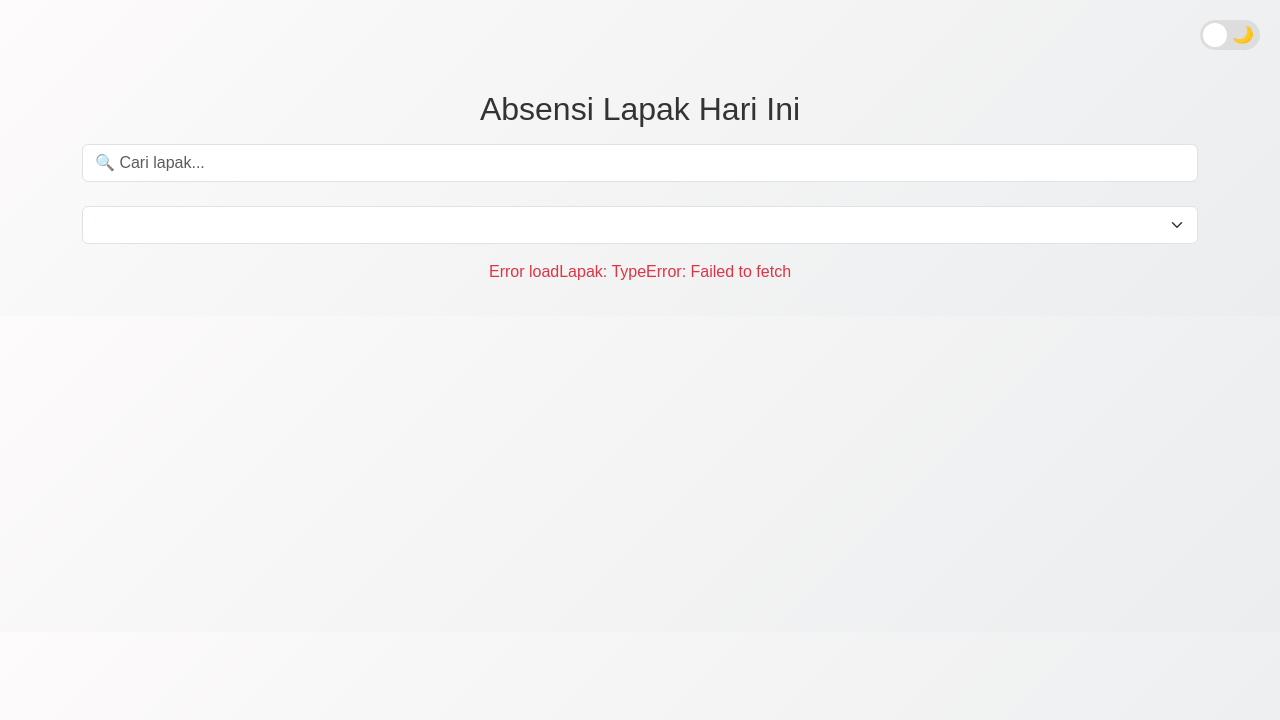
Repository: pasarrakyatbak/absensi
Page: index.html
An editor plug-in stored every save of this project. The page is shown before and after a run of saves, followed by the edit.
The browser window is 1280 px wide. The pictures show the whole page.
The page's requests for data from a server got no answer.

Above is the page before, as saved 2025-09-22 18:39:43.

After the next 3 saves:
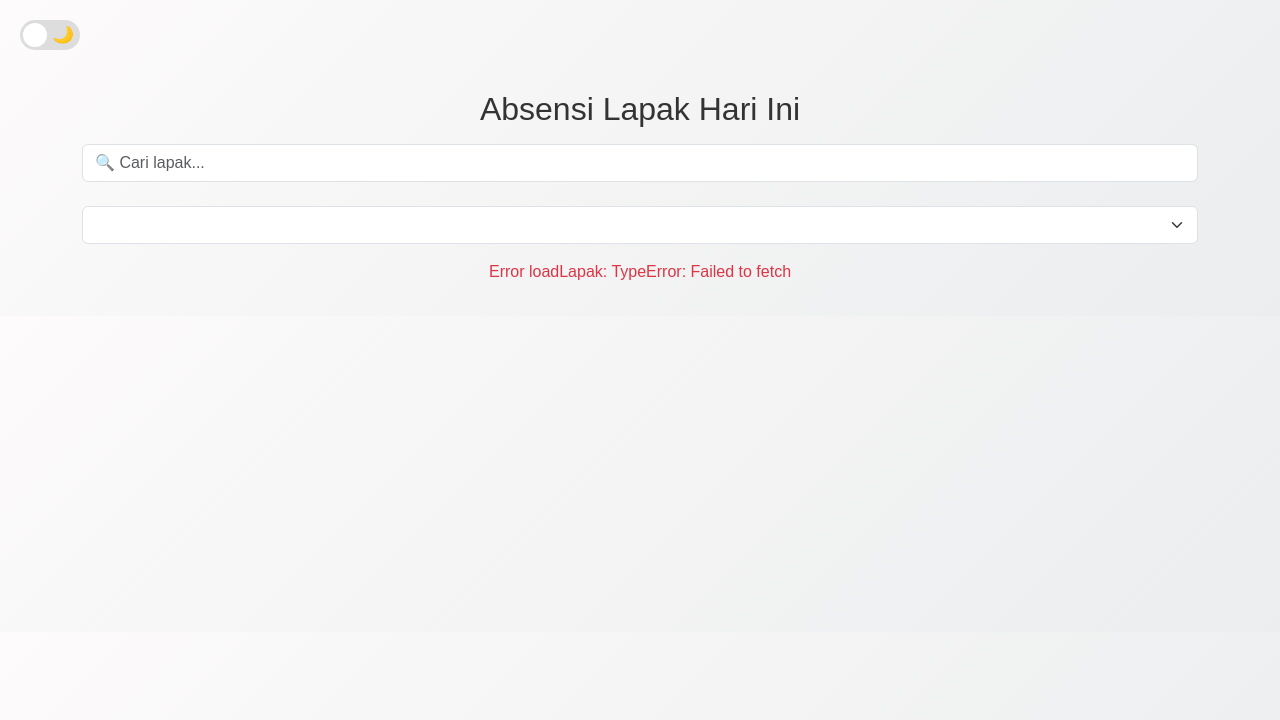
The 3 saves are shown as one change because they came seconds apart.
The last was saved 58 s later.
--- a/style.css
+++ b/style.css
@@ -298,7 +298,7 @@ body.dark #modalHapusBtn {
 .dark-toggle {
     position: fixed;
     top: 20px;
-    right: 20px;
+    left: 20px;
     z-index: 1000;
 }
 
